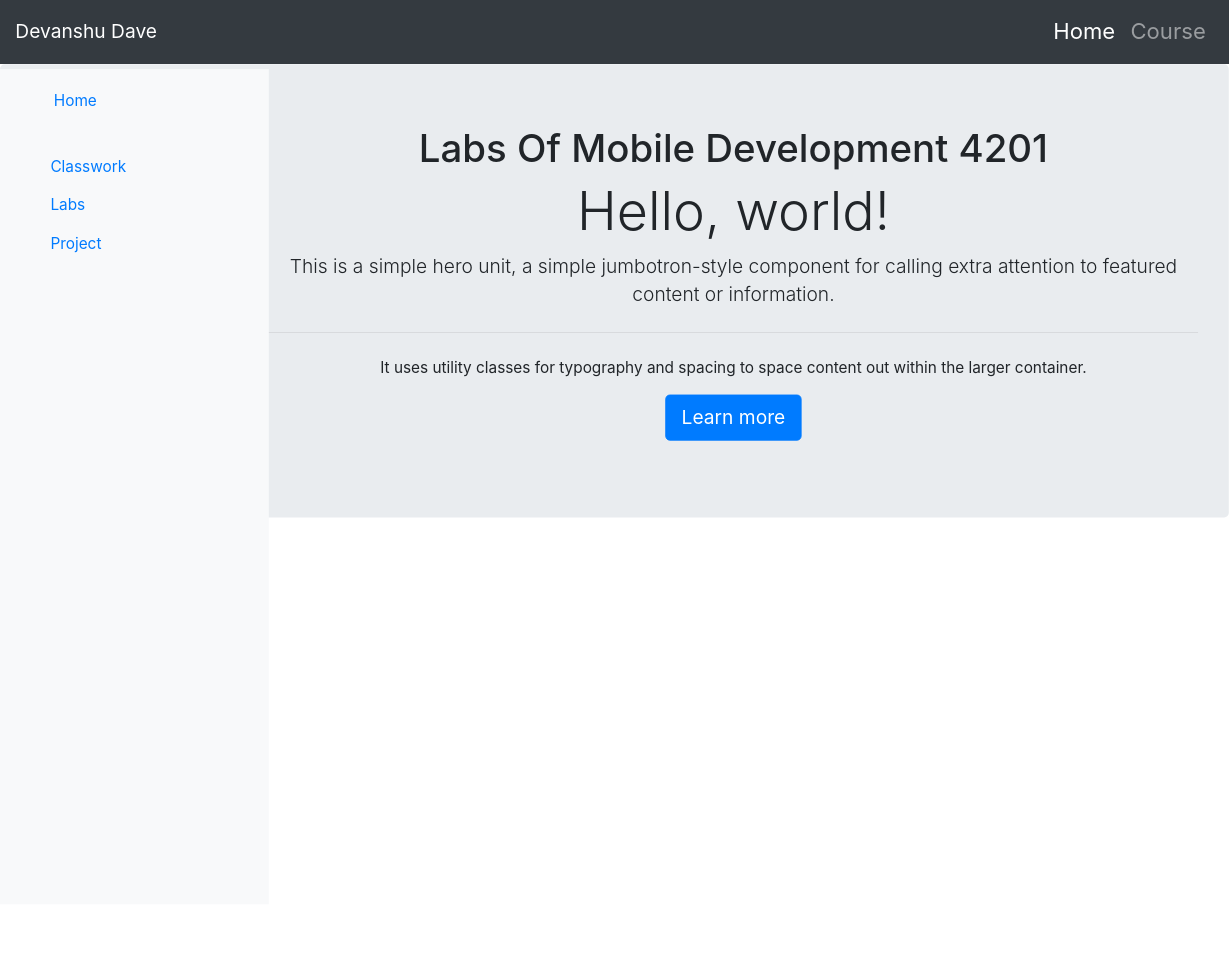
Repository: devanshudave1901/Mobile-Dev-Website
Page: labs.html
The author's editor kept a copy of each file at every save. The page is drawn from the files as they stood at one save, then again after the next save.
The browser window is 1280 px wide. The pictures show the whole page, at 96% of full size.
Some web libraries are served in a nearby version.

Above is the page before, as saved 2022-10-05 14:30:35.

After the next save:
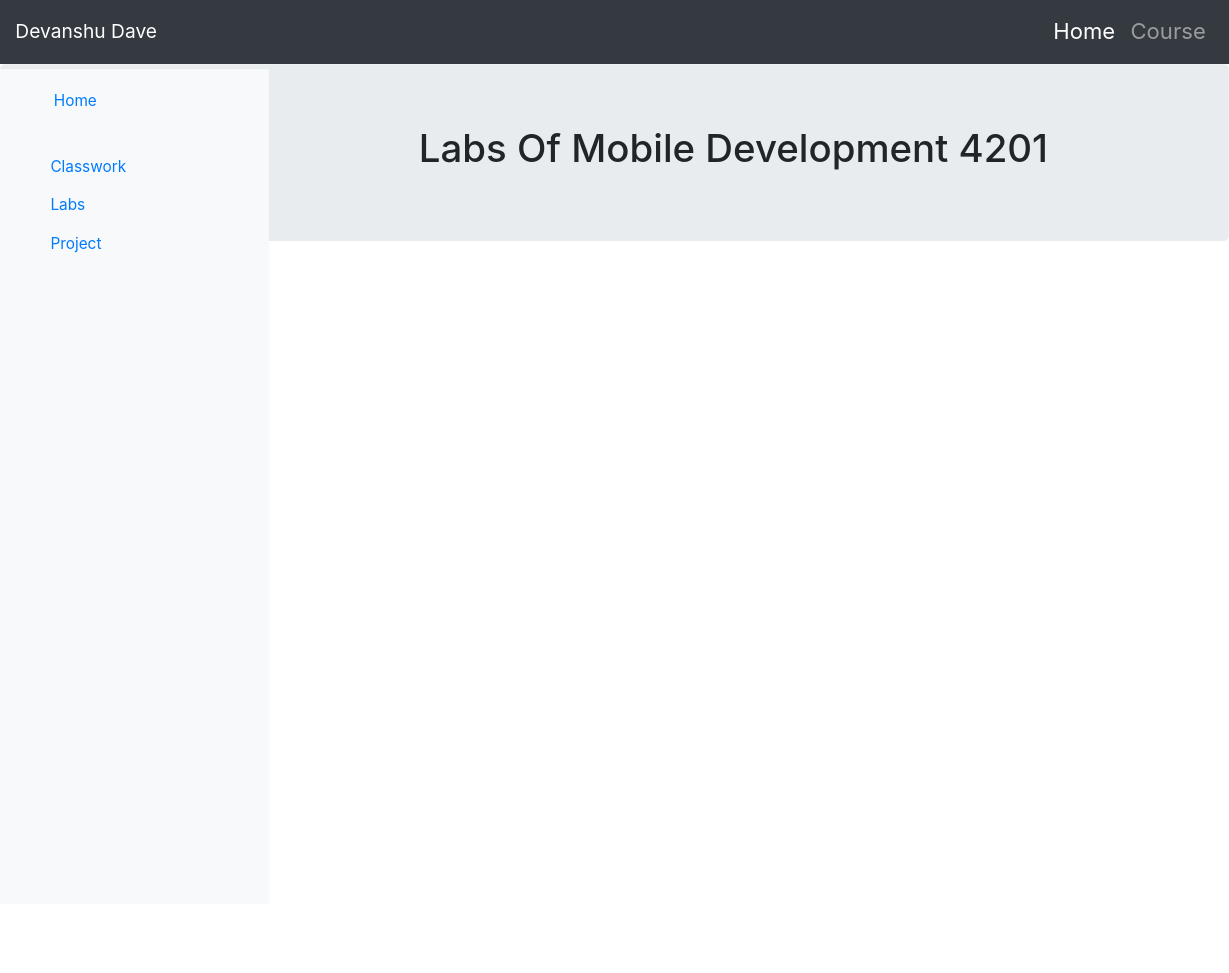
Saved 41 min 10 s later.
--- a/labs.html
+++ b/labs.html
@@ -143,21 +143,8 @@
     <div id="mainBar">
         <div class="jumbotron">
         <h1>Labs Of Mobile Development 4201</h1>
-        <h1 class="display-4">Hello, world!</h1>
-        <p class="lead">
-          This is a simple hero unit, a simple jumbotron-style component for
-          calling extra attention to featured content or information.
-        </p>
-        <hr class="my-4" />
-        <p>
-          It uses utility classes for typography and spacing to space content
-          out within the larger container.
-        </p>
-        <p class="lead">
-          <a class="btn btn-primary btn-lg" href="#" role="button"
-            >Learn more</a
-          >
-        </p>
+
+
       </div></div>
   </body>
 </html>
